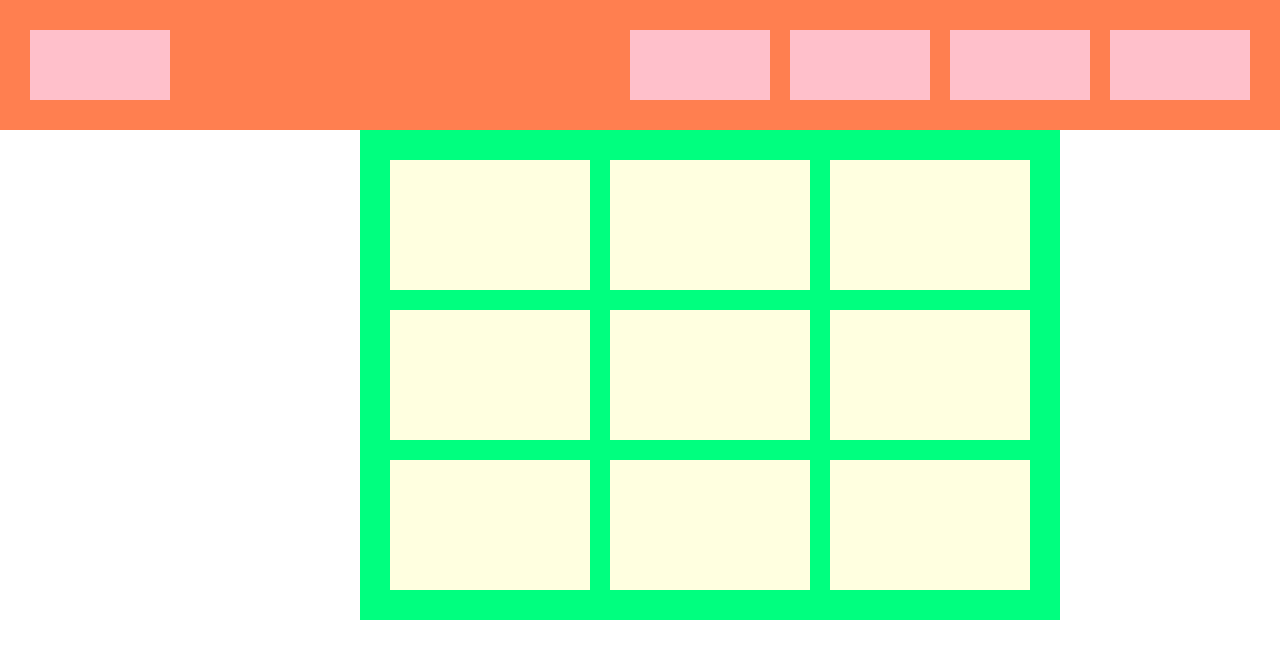
Repository: yuu2310/dmm-webcamp
Page: flex/exercises.html
The author's editor kept a record of every edit. The page is drawn from the files as they stood at one moment, then again after the next edit.
The browser window is 1280 px wide. The pictures show the whole page.

Above is the page before.

### flex/exercises.html
<!DOCTYPE html>
<html lang="ja">
  <head>
    <meta charset="UTF-8" />
    <link rel="stylesheet" href="exercises.css" />
    <title>flexbox-演習</title>
  </head>
  <body>
  <header>
    <div></div>
    <div></div>
    <div></div>
    <div></div>
    <div></div>
  </header>
  <main>
    <div class="sidebar"></div>
    <div class="content">
      <div></div>
      <div></div>
      <div></div>
      <div></div>
      <div></div>
      <div></div>
      <div></div>
      <div></div>
      <div></div>
    </div>
  </main>
  <footer>
    <div></div>
    <div></div>
    <div></div>
  </footer>
  </body>
</html>

### flex/exercises.css
* {
  margin: 0;
  padding: 0;
  box-sizing: border-box;
}

header {
  width :100%;
  padding: 30px 20px;
  display: flex;
  justify-content: flex-end;
  background-color: #FF7F50;
}

header > div {
  flex-basis: 140px;
  margin: 0 10px;
  height: 70px;
  background-color: #FFC0CB;
}

header > div:first-child {
  margin-right: auto;
}

main {
  display: flex;
  justify-content: center;
}

.sidebar {
  width: 300px;
  flex-basis: 140px;
}

.content {
  display: flex;
  flex-wrap: wrap;
  background-color: #00FF7F;
  max-width: 700px;
  padding: 20px;
  flex-grow: 1;
  justify-content: center;
}

.content > div {
  background-color: #FFFFE0;
  margin: 10px;
  flex-basis: 200px;
  height: 130px;
}

After the next edit:
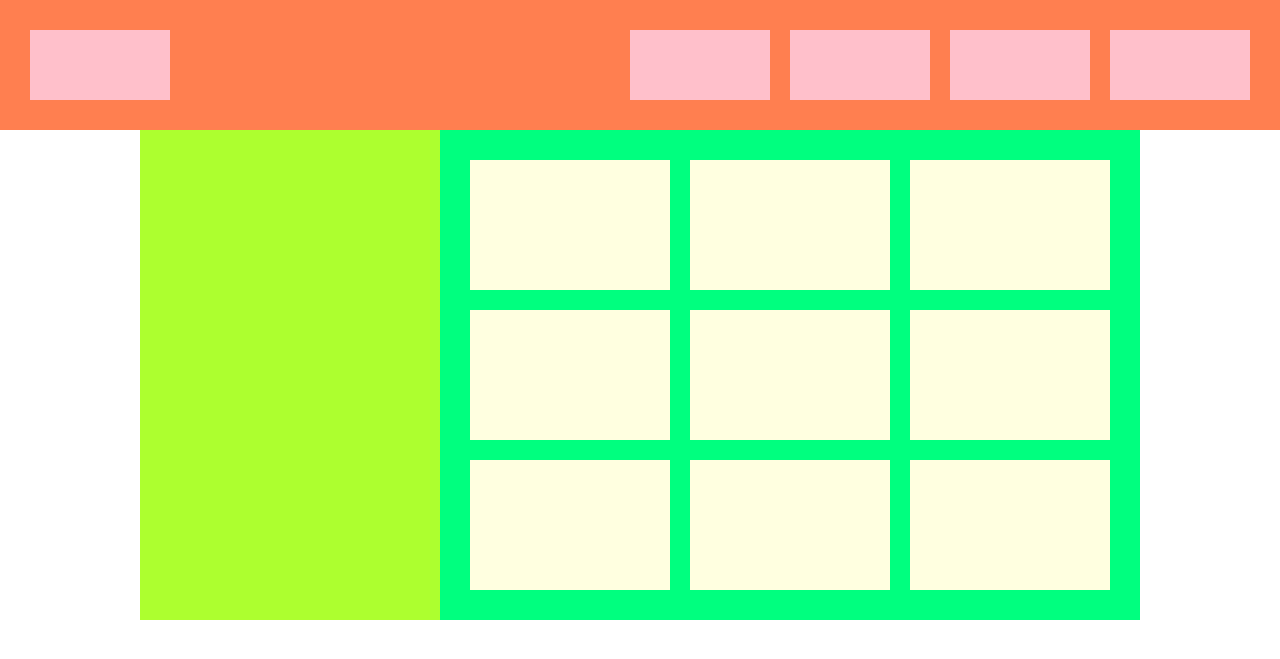
The edit:
--- a/flex/exercises.css
+++ b/flex/exercises.css
@@ -30,7 +30,7 @@
 
 .sidebar {
   width: 300px;
-  flex-basis: 140px;
+  background-color: #ADFF2F;
 }
 
 .content {
